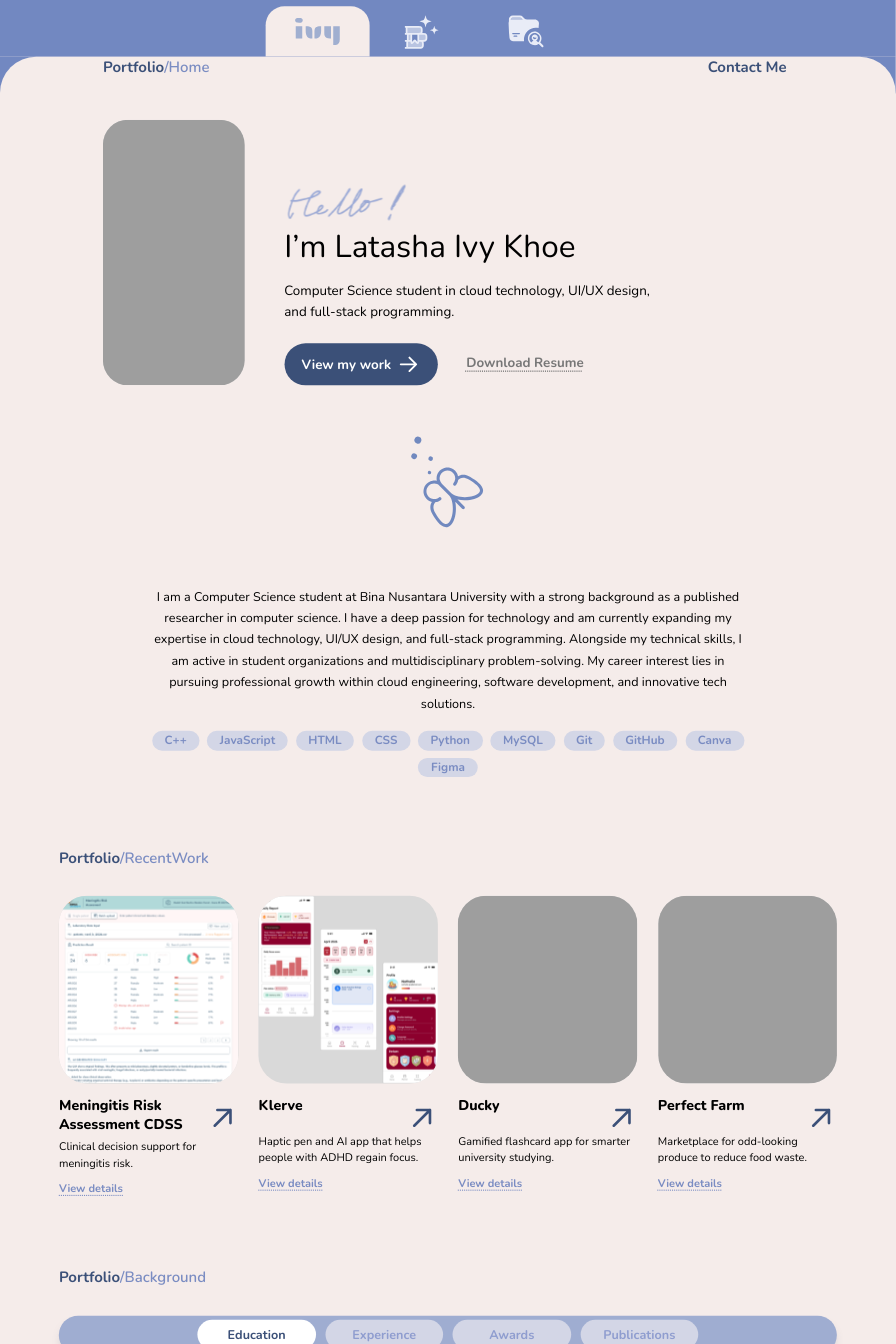
Repository: L-vy/L-vy
Page: /
An editor plug-in stored every save of this project. The page is shown before and after the next save, followed by the edit.
The browser window is 1280 px wide. The pictures show the part of the page from y = 0 to 1920 px (the page is 3174 px tall before and 3226 px after), at 70% of full size.
Pictures or frames that could not be fetched are drawn as grey boxes. Some web fonts or font styles are not loaded; a fallback is used. The project was rebuilt for these pictures with package versions that can differ from the ones it lists, and the page was loaded fresh each time. Also part of the build but not shown: vite.config.ts, src/components/ExperienceBinder.tsx, src/components/FolderCard.tsx, src/components/ProjectSidebar.tsx, src/pages/ProjectDetails.tsx.

Above is the page before, as saved 2026-10-07 21:29:08.

After the next save:
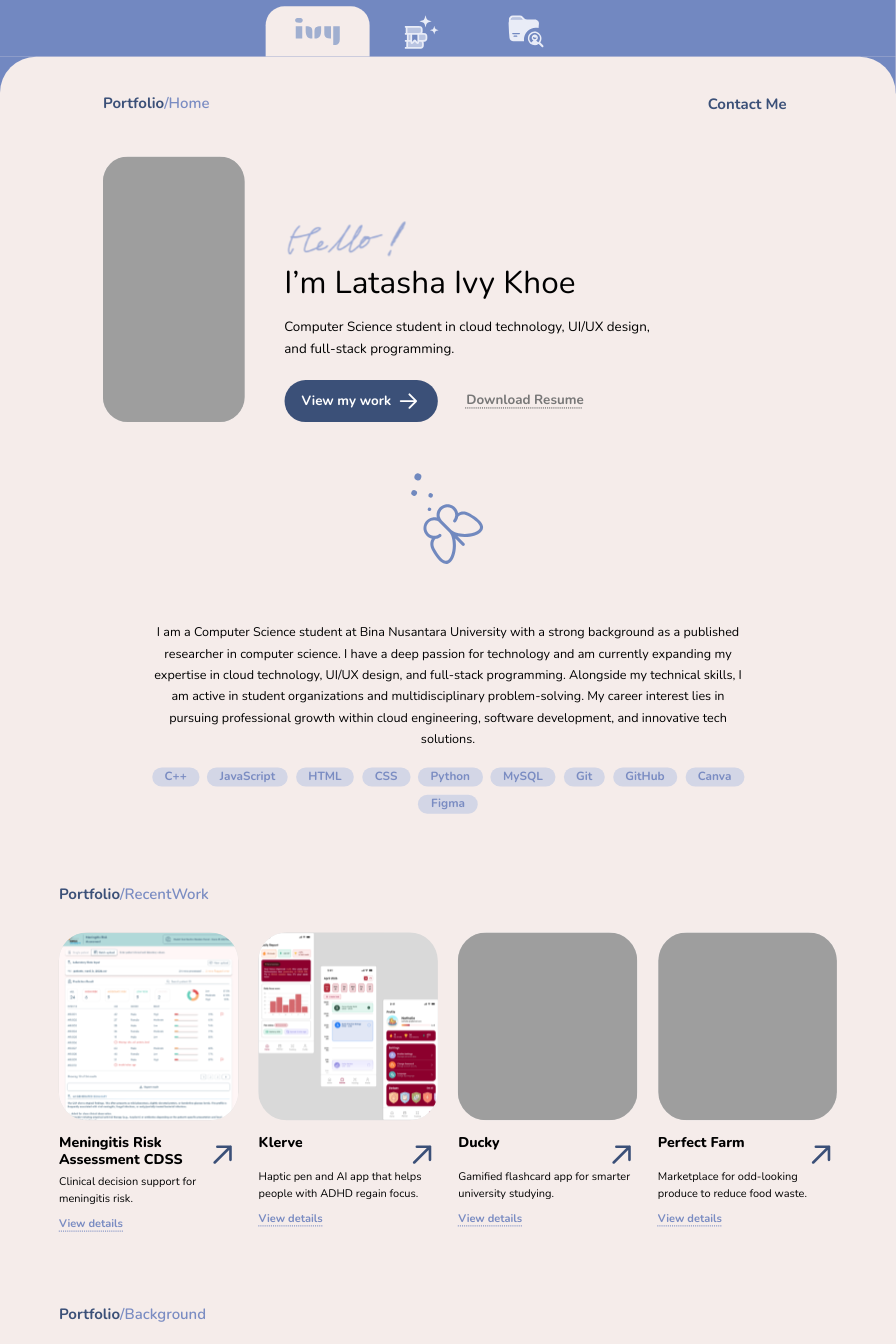
Saved 53 s later.
--- a/src/styles.css
+++ b/src/styles.css
@@ -19,7 +19,7 @@ img{max-width:100%}
 .nav-tab img{height:2.125rem}
 .page{position:relative;z-index:1;background:var(--cream);border-radius:2.875rem 2.875rem 0 0;padding:0 var(--gut);}
 .section{padding-top:5.625rem}
-.hero{position:relative;padding-top:2.875rem;padding: 0 var(--gut);}
+.hero{position:relative;padding-top:2.875rem;padding: 2.875rem var(--gut) 0;}
 .hero-top{display:flex;justify-content:space-between;align-items:center}
 .path{font-size:1.1875rem;font-weight:600;color:var(--peri)}
 .path b{color:var(--ink);font-weight:700}
